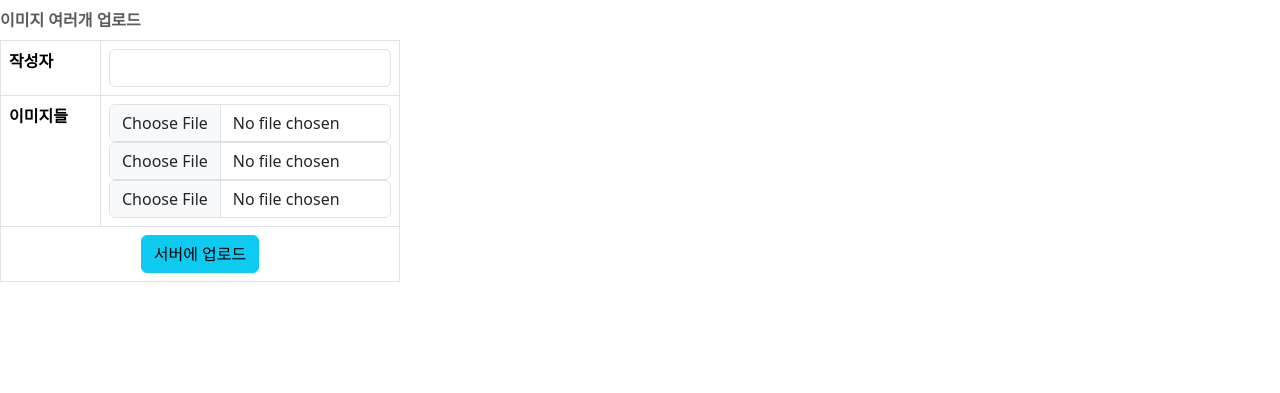
Repository: GANADAG/jspProject
Page: http://localhost/JspProject/multipart/uploadForm2.jsp
These files come from the project's save history. The page is drawn as it stood at one moment and after the next save; the edit follows.
The browser window is 1280 px wide. The pictures show the whole page.
Some web fonts or font styles are not loaded; a fallback is used. The page is served by Tomcat 9.

Above is the page before, as saved 2024-03-06 06:27:14.

After the next save:
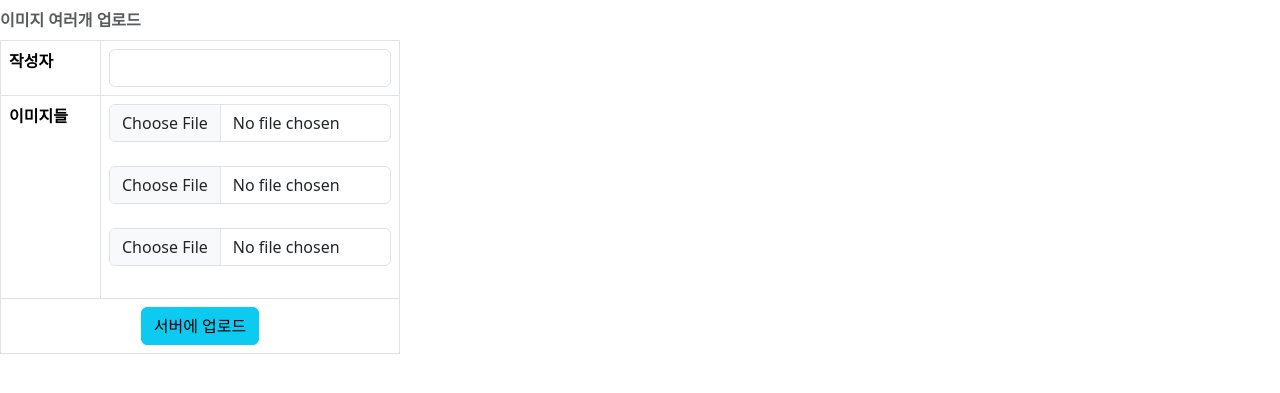
Saved 29 s later.
--- a/JspProject/src/main/webapp/multipart/uploadForm2.jsp
+++ b/JspProject/src/main/webapp/multipart/uploadForm2.jsp
@@ -23,9 +23,9 @@
 			<tr>
 				<th width="100">이미지들</th>
 					<td>
-						<input type="file" name="photo1" class="form-control">
-						<input type="file" name="photo2" class="form-control">
-						<input type="file" name="photo3" class="form-control">
+						<input type="file" name="photo1" class="form-control"><br>
+						<input type="file" name="photo2" class="form-control"><br>
+						<input type="file" name="photo3" class="form-control"><br>
 					</td>
 			</tr>
 
